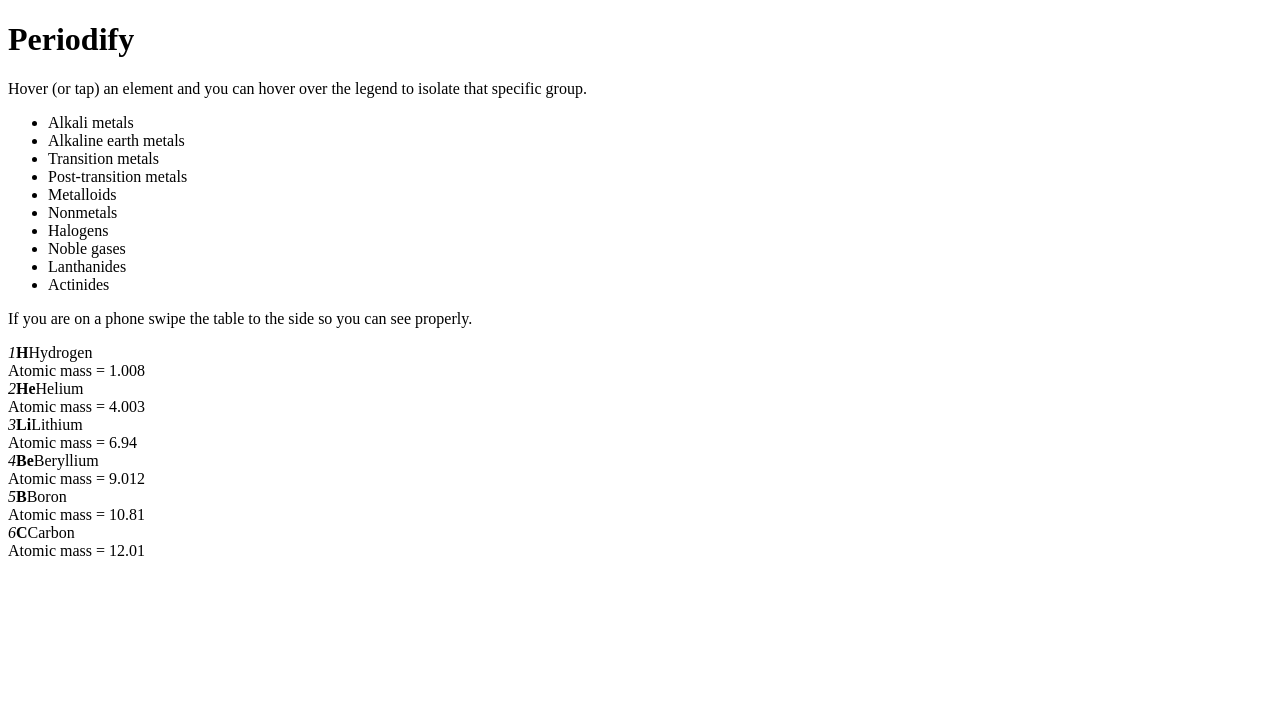
Repository: manayparikh1/Periodify
Page: index.html
An editor plug-in stored every save of this project. The page is shown before and after the next save, followed by the edit.
The browser window is 1280 px wide. The pictures show the whole page.

Above is the page before, as saved 2026-10-11 21:05:23.

### index.html
<!DOCTYPE html>
<html lang="en">

<head>
    <meta charset="UTF-8">
    <meta name="viewport" content="width=device-width, initial-scale=1.0">
    <title>Periodify</title>
</head>

<body>
    <!-- === HTML STARTS here===-->
    <header>
        <h1>Period<span>ify</span></h1>
        <p>Hover (or tap) an element and you can hover over the legend to isolate that specific group.</p>
    </header>
    <!-- === Legend === -->
    <ul class="legend">
        <li class="k-ak" style="--c: var(--ak);">Alkali metals</li>
        <li class="k-ae" style="--c: var(--ae);">Alkaline earth metals</li>
        <li class="k-tm" style="--c: var(--tm);">Transition metals</li>
        <li class="k-pt" style="--c: var(--pt);">Post-transition metals</li>
        <li class="k-md" style="--c: var(--md);">Metalloids</li>
        <li class="k-nm" style="--c: var(--nm);">Nonmetals</li>
        <li class="k-hg" style="--c: var(--hg);">Halogens</li>
        <li class="k-hl" style="--c: var(--hl);">Noble gases</li>
        <li class="k-la" style="--c: var(--la);">Lanthanides</li>
        <li class="k-ac" style="--c: var(--ac);">Actinides</li>
    </ul>
    <p class="hint">If you are on a phone swipe the table to the side so you can see properly.</p>
    <div class="scroll">
        <div class="table">

            <!-- The first period -->
            <div class="el nm" tabindex="0"><i>1</i><b>H</b><span>Hydrogen<br>Atomic mass = 1.008</span></div>
            <div class="gap" style="--n:16"></div>
            <!-- Gives a 16 element gap because hydron and helium are not in the same column -->
            <div class="el ng" tabindex="0"><i>2</i><b>He</b><span>Helium<br>Atomic mass = 4.003</span></div>
            <!-- The second period -->
            <div class="el ak" tabindex="0"><i>3</i><b>Li</b><span>Lithium<br>Atomic mass = 6.94</span></div>
            <div class="el ae" tabindex="0"><i>4</i><b>Be</b><span>Beryllium<br>Atomic mass = 9.012</span></div>
            <div class="gap" style="--n:10"></div>
            <div class="el md" tabindex="0"><i>5</i><b>B</b><span>Boron<br>Atomic mass = 10.81</span></div>
            <div class="el nm" tabindex="0"><i>6</i><b>C</b><span>Carbon<br>Atomic mass = 12.01</span></div>
        </div>
    </div>
</body>

















































<style>
    /* the colours */

    :root {
        --bg: #dedfdde9;
        --text: #1c1919;
        --card: #f5f5f5;
        --muted: #a9a9a9;

        --am: #4fa75f;
        /*Alkali metals*/
        --ae: #96773a;
        /*alkaline earth metals*/
        --ac: #765545;
        /*transition metals*/
        --aem: #ffb;
        /*post transition metals*/
        --rnm: rgb(104, 117, 238);
        /*metalloids*/
        --ptt: rgb(189, 153, 210);
        /*halogens*/
        --nm: rgb(234, 121, 121);
        /*non metals*/
        --hl: #bf9b9b;
        /*noble gases*/
        --ng: #f48fb1;
        /*actinades */
        --la: #c0df9d;
        /*lanthanides */

        --wobble: 255px 15px 225px 15px / 15px 225px 15px 255px;
        /*drawn by hand design not accurate rn*/

    }

After the next save:
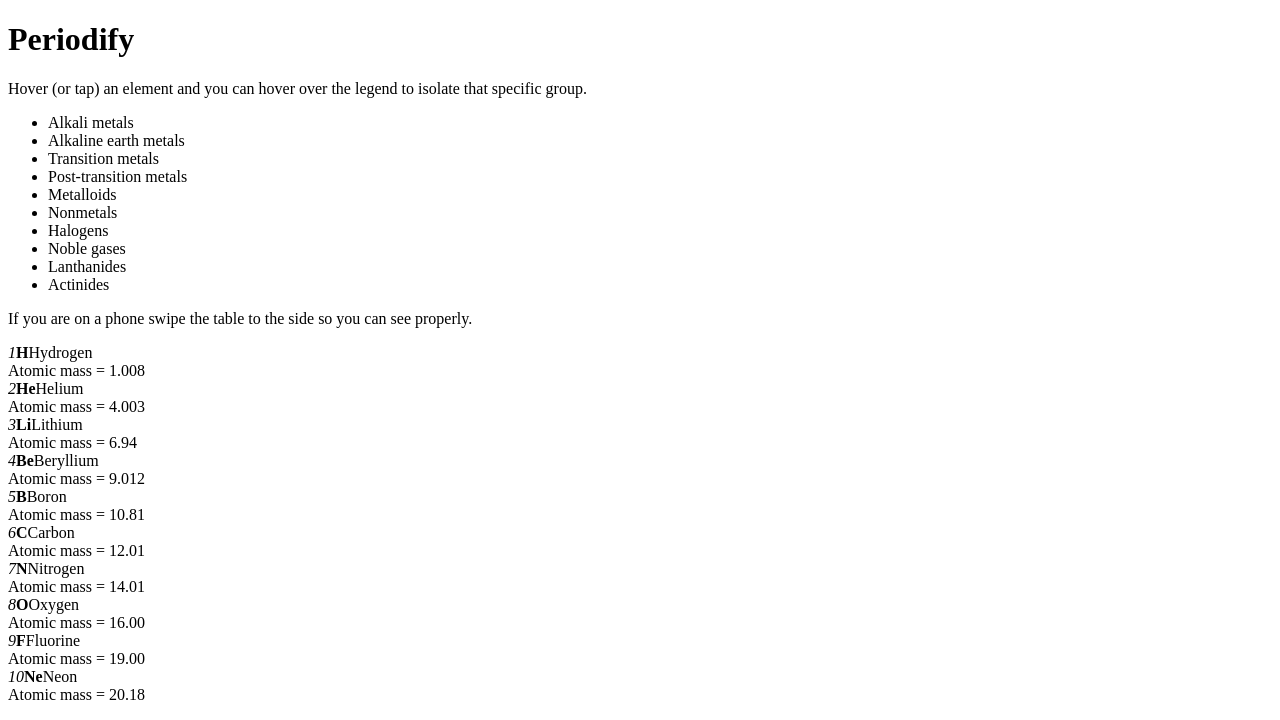
Saved 6 min 59 s later.
--- a/index.html
+++ b/index.html
@@ -41,6 +41,11 @@
             <div class="gap" style="--n:10"></div>
             <div class="el md" tabindex="0"><i>5</i><b>B</b><span>Boron<br>Atomic mass = 10.81</span></div>
             <div class="el nm" tabindex="0"><i>6</i><b>C</b><span>Carbon<br>Atomic mass = 12.01</span></div>
+            <div class="el nm" tabindex="0"><i>7</i><b>N</b><span>Nitrogen<br>Atomic mass = 14.01</span></div>
+            <div class="el nm" tabindex="0"><i>8</i><b>O</b><span>Oxygen<br>Atomic mass = 16.00</span></div>
+            <div class="el hg" tabindex="0"><i>9</i><b>F</b><span>Fluorine<br>Atomic mass = 19.00</span></div>
+            <div class="el ng" tabindex="0"><i>10</i><b>Ne</b><span>Neon<br>Atomic mass = 20.18</span></div>
+            <!-- The third period -->
         </div>
     </div>
 </body>
